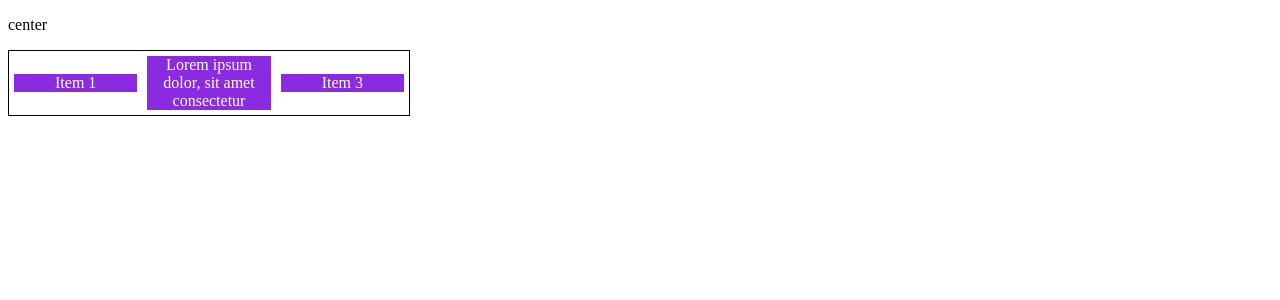
Repository: gabrielbino/projects-dio
Page: Flexbox/@align-items.html
The author's editor kept a copy of each file at every save. The page is drawn from the files as they stood at one save, then again after the next save.
The browser window is 1280 px wide. The pictures show the whole page.

Above is the page before, as saved 2021-10-22 17:57:17.

After the next save:
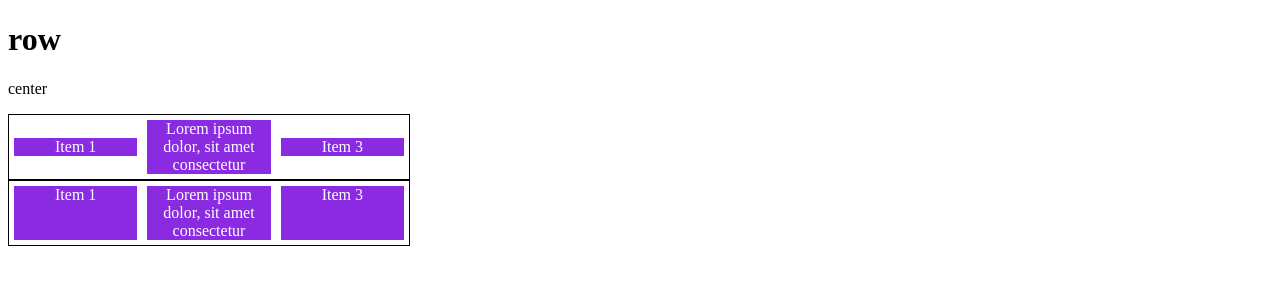
Saved 9 min 55 s later.
--- a/Flexbox/@align-items.html
+++ b/Flexbox/@align-items.html
@@ -22,14 +22,25 @@
       .center {
         align-items: center;
       }
+
+      .stretch {
+        align-items: stretch;
+      }
     </style>
   </head>
   <body>
+    <h1>row</h1>
     <p>center</p>
     <section class="container center">
       <div class="item">Item 1</div>
       <div class="item">Lorem ipsum dolor, sit amet consectetur</div>
       <div class="item">Item 3</div>
     </section>
+
+    <section class="container stretch">
+      <div class="item">Item 1</div>
+      <div class="item">Lorem ipsum dolor, sit amet consectetur</div>
+      <div class="item">Item 3</div>
+    </section>
   </body>
 </html>
